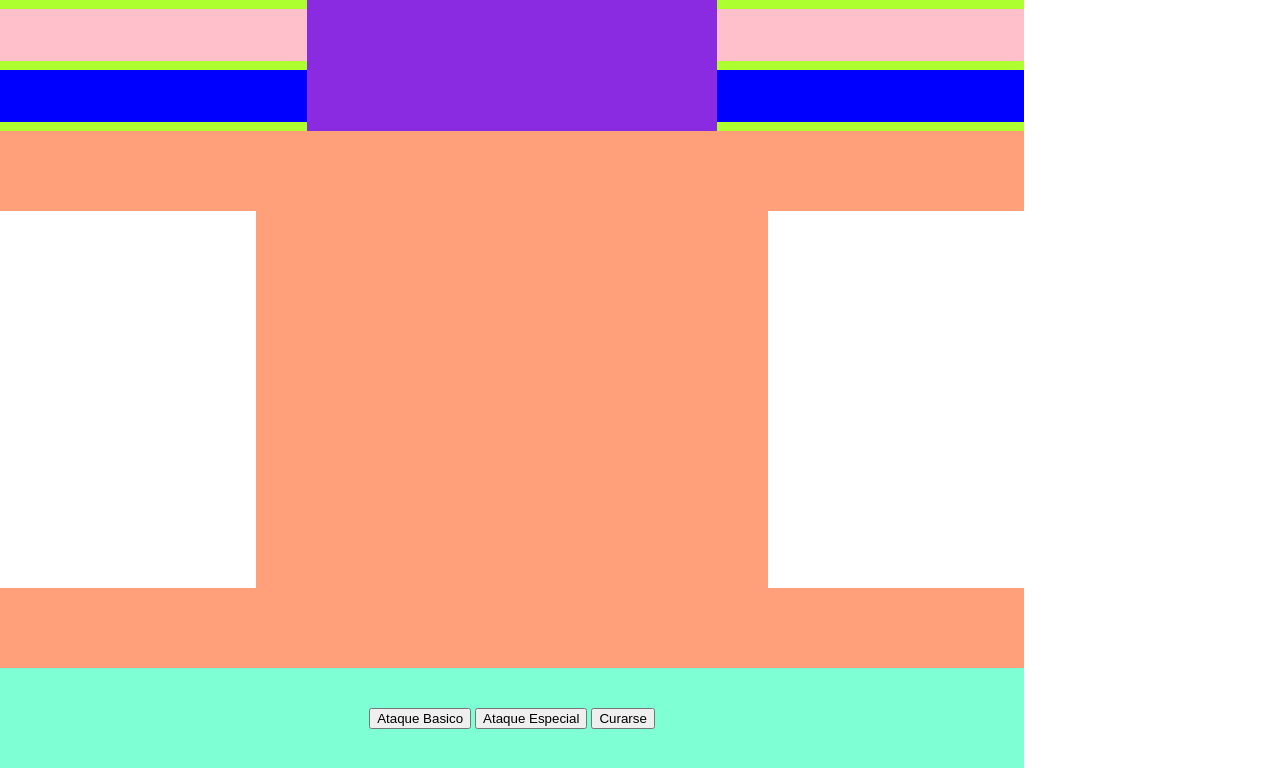
Repository: NovaDuel/novaduel-game
Page: index.html
These files come from the project's save history. The page is drawn as it stood at one moment and after a run of saves; the edit follows.
The browser window is 1280 px wide. The pictures show the whole page.

Above is the page before, as saved 2024-03-25 12:25:29.

### index.html
<!DOCTYPE html>
<html lang="en">
<head>
    <meta charset="UTF-8">
    <meta name="viewport" content="width=device-width, initial-scale=1.0">
    <link rel="stylesheet" href="style.css">
    <script src="main.js" defer></script>
    <title>NovaDuel</title>
</head>
<body>
    <div id="main-container">
        <div id="status">
            <div class="bars-wrapper">
                <div id="health-player" class="health"></div>
                <div id="stamina-player" class="stamina"></div>
            </div>
            <div class="bars-wrapper">
                <div id="health-enemy" class="health"></div>
                <div id="stamina-enemy" class="stamina"></div>
            </div>
        </div>
        <div id="characters">
            <div id="player" class="pj"></div>
            <div id="enemy" class="pj"></div>
        </div>
        <div id="actions">
            <div id="buttons">
                <button id="basic-attack">Ataque Basico</button>
                <button id="special-attack">Ataque Especial</button>
                <button id="heal-action">Curarse</button>
            </div>
        </div>
    </div>
</body>
</html>

### style.css
body {
    margin: 0;
    padding: 0;
}

#main-container {
    width: 1024px;
    height: 768px;
    background-color: aquamarine;;
}

#status {
    display: flex;
    justify-content: space-between;
    width: 100%;
    height: 17%;
    background-color:blueviolet
}

.bars-wrapper {
    display: flex;
    flex-direction: column;
    justify-content: space-evenly;
    width: 30%;
    height: 100%;
    background-color: greenyellow;
}

.health {
    width: 100%;
    height: 40%;
    background-color: pink;
}

.stamina {
    width: 100%;
    height: 40%;
    background-color: blue
}

#characters {
    display: flex;
    align-items: center;
    justify-content: space-between;
    width: 100%;
    height: 70%;
    background-color: lightsalmon;
}

.pj {
    height: 70%;
    width: 25%;
    background-color: white;
}

#actions {
    height: 13%;
    display: flex;
    align-items: center;
    justify-content: center;
}

### main.js
const $$ = selector => document.querySelector(selector);

function Player (health, stamina, strength) {
    this.health = health;
    this.stamina = stamina;
    this.strength = strength;
    this.attackPlayer = function() {
        return this.strength;
    },
    this.specialAttackPlayer = function() {
        if (this.stamina >= 10) {
            this.stamina -= 10;
            return this.strength + 10 * Math.round(Math.random() * 3);
        }
    },
    this.receiveDamage = function(damage) {
        this.health -= damage;
    }
    this.healing = function() {
        if (this.stamina >= 20) {
            this.stamina -= 20;
            this.health += 50;
        }
    }
}


function Enemy (health, stamina, strength) {
    this.health = health;
    this.stamina = stamina;
    this.strength = strength;
    this.attackEnemy = function() {
        return this.strength;
    },
    this.specialAttackEnemy = function() {
        if (this.stamina >= 10) {
            this.stamina -= 10;
            return this.strength + 10 * Math.round(Math.random() * 3);
        }
    },
    this.receiveDamage = function (damage) {
        this.health -= damage;
    },
    this.healing = function() {
        if (this.stamina >= 20) {
            this.stamina -= 20;
            this.health += 50;
        }
    }
}

function Game() {

}

let player = new Player(100, 100, 20);
let enemy = new Enemy(100, 100, 18);

let actionsArray = ['attack', 'special', 'heal'],
    randomAction = Math.floor(Math.random() * 3);


function actionsEnemy(action) {
    switch(action) {
        case 0:
            let enemyStrength = enemy.attackEnemy();
            player.receiveDamage(enemyStrength);
            break;
        case 1:
            let specialEnemyStrength = enemy.specialAttackEnemy();
            player.receiveDamage(specialEnemyStrength);
            break;
        case 2:
            enemy.healing();
            break;
    }
}


$$('#basic-attack').addEventListener('click', function() {
    let playerStrength = player.attackPlayer();
    enemy.receiveDamage(playerStrength);
    enemy.health
    setTimeout(actionsEnemy, 2000, randomAction);
})
$$('#special-attack').addEventListener('click', function() {
    let playerStrength = player.specialAttackPlayer();
    enemy.receiveDamage(playerStrength);
    setTimeout(actionsEnemy, 2000, randomAction);
})
$$('#heal-action').addEventListener('click', function() {
    player.healing();
    setTimeout(actionsEnemy, 2000, randomAction);
})

After the next 2 saves:
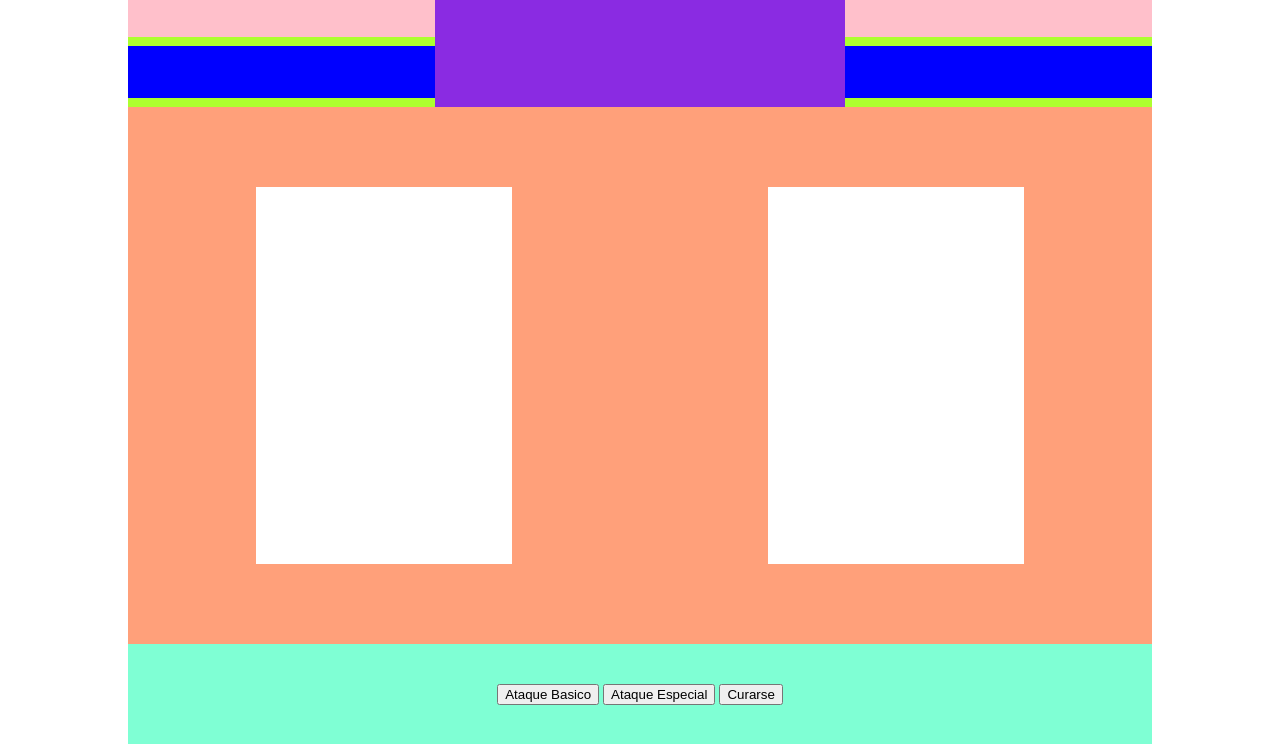
The 2 saves are shown as one change because they came seconds apart.
The last was saved 30 s later.
--- a/style.css
+++ b/style.css
@@ -1,12 +1,16 @@
 body {
     margin: 0;
     padding: 0;
+    height: 100vh;
+    display: flex;
+    align-items: center;
+    justify-content: center;
 }
 
 #main-container {
     width: 1024px;
     height: 768px;
-    background-color: aquamarine;;
+    background-color: aquamarine;
 }
 
 #status {
@@ -21,6 +25,7 @@ body {
     display: flex;
     flex-direction: column;
     justify-content: space-evenly;
+    align-items: center;
     width: 30%;
     height: 100%;
     background-color: greenyellow;
@@ -41,7 +46,7 @@ body {
 #characters {
     display: flex;
     align-items: center;
-    justify-content: space-between;
+    justify-content: space-around;
     width: 100%;
     height: 70%;
     background-color: lightsalmon;
